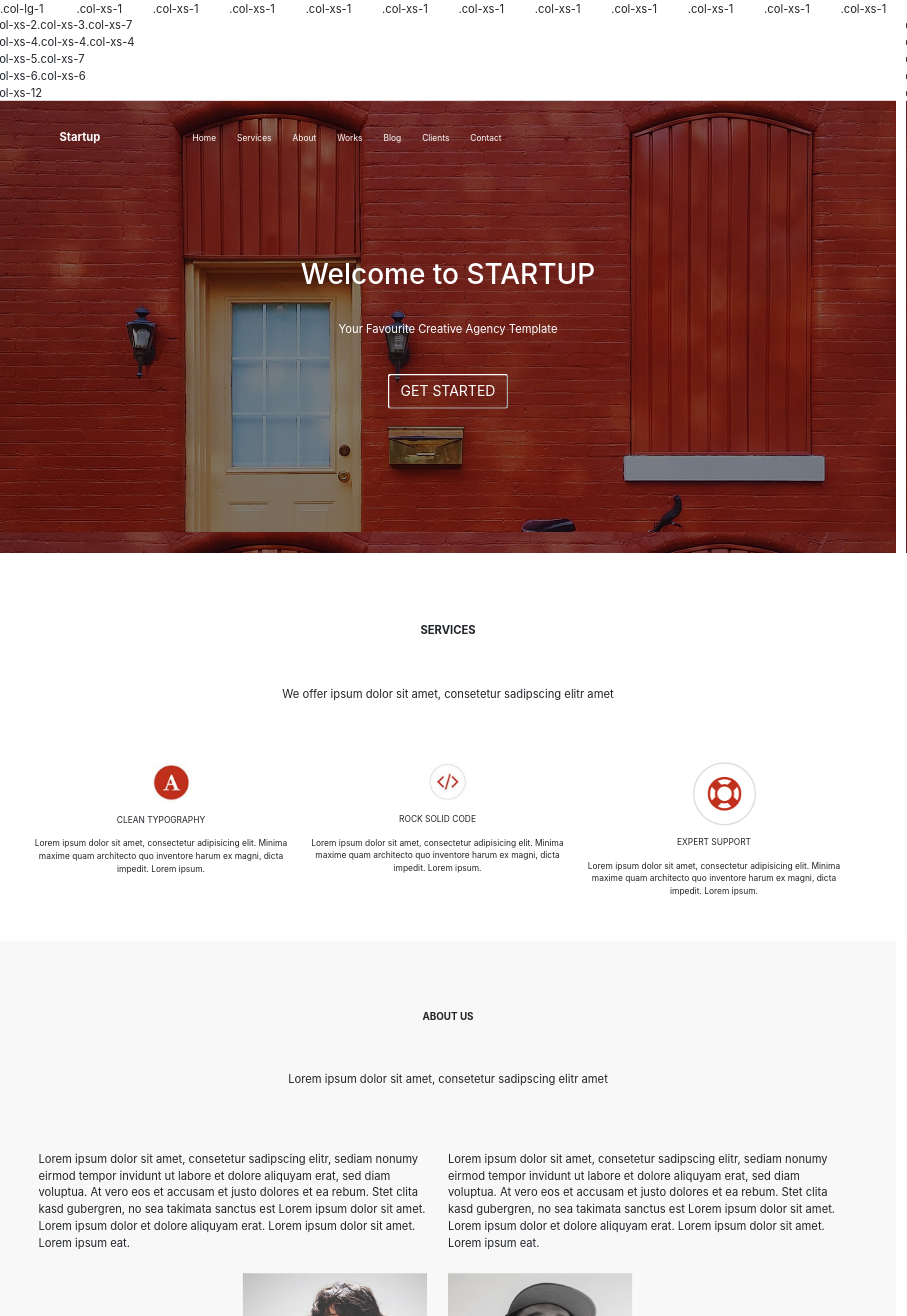
Repository: ivankovaa/HelloWorld
Page: lab5/index.html
The author's editor kept a record of every edit. The page is drawn from the files as they stood at one moment, then again after the next edit.
The browser window is 1280 px wide. The page is 1295 px wide, so the pictures cover 1295 px, including what lies to the right of the window. The pictures show the part of the page from y = 0 to 1880 px (the page is 3979 px tall before and 3835 px after), at 70% of full size.

Above is the page before.

After the next edit:
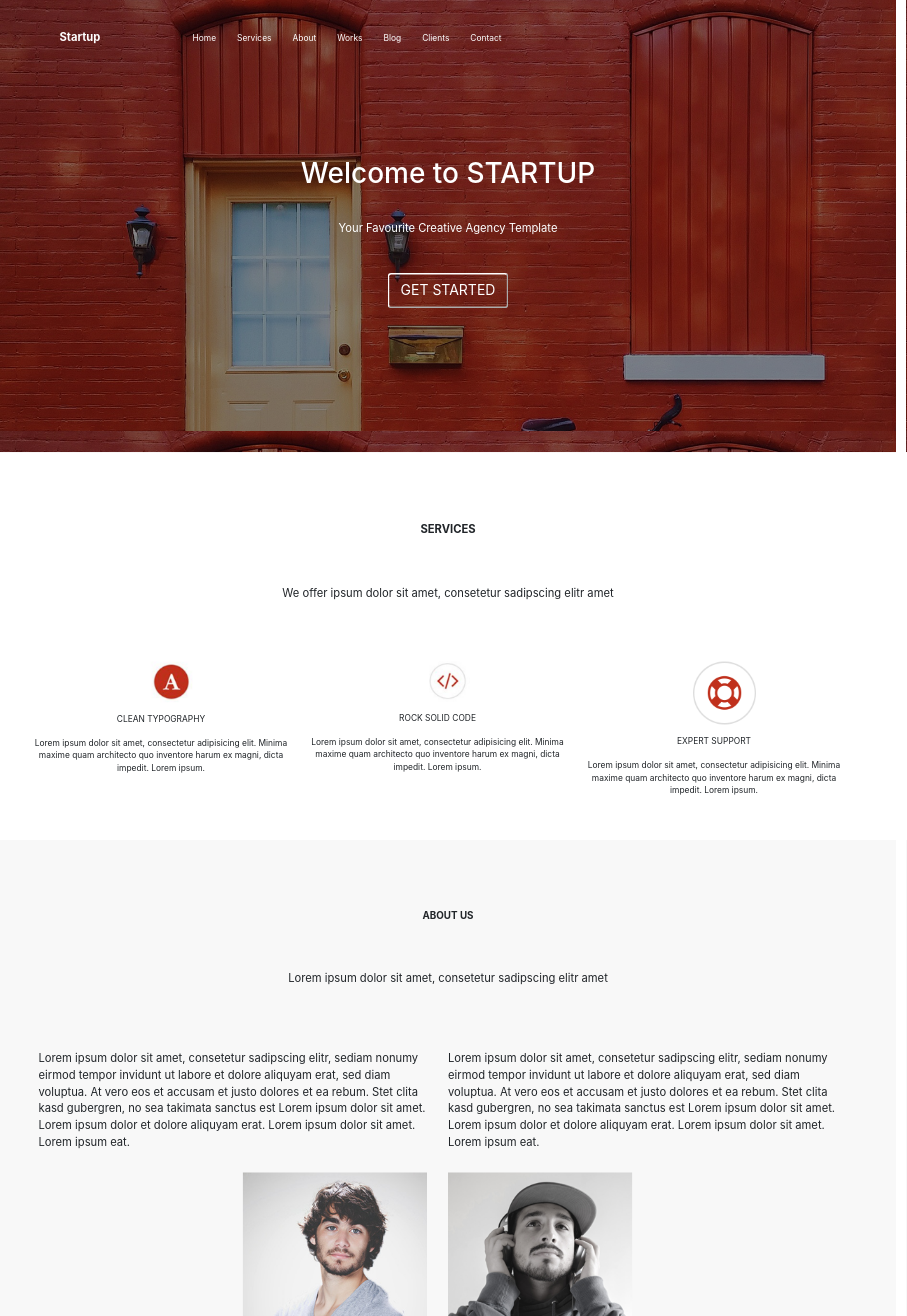
The edit:
--- a/lab5/index.html
+++ b/lab5/index.html
@@ -14,46 +14,6 @@
 
 </head>
 <body>
-        <div class="bs-example">
-	<!-- Bootstrap Grid -->
-	<div class="row">
-	  <div class="col-lg-1">.col-lg-1</div>
-	  <div class="col-lg-1">.col-xs-1</div>
-	  <div class="col-lg-1">.col-xs-1</div>
-	  <div class="col-lg-1">.col-xs-1</div>
-	  <div class="col-lg-1">.col-xs-1</div>
-	  <div class="col-lg-1">.col-xs-1</div>
-	  <div class="col-lg-1">.col-xs-1</div>
-	  <div class="col-lg-1">.col-xs-1</div>
-	  <div class="col-lg-1">.col-xs-1</div>
-	  <div class="col-lg-1">.col-xs-1</div>
-	  <div class="col-lg-1">.col-xs-1</div>
-	  <div class="col-lg-1">.col-xs-1</div>
-	</div>
-	<div class="row">
-	  <div class="col-xs-2">.col-xs-2</div>
-	  <div class="col-xs-3">.col-xs-3</div>
-	  <div class="col-xs-7">.col-xs-7</div>
-	</div>
-	<div class="row">
-	  <div class="col-xs-4">.col-xs-4</div>
-	  <div class="col-xs-4">.col-xs-4</div>
-	  <div class="col-xs-4">.col-xs-4</div>
-	</div>
-	<div class="row">
-	  <div class="col-xs-5">.col-xs-5</div>
-	  <div class="col-xs-7">.col-xs-7</div>
-	</div>
-	<div class="row">
-	  <div class="col-xs-6">.col-xs-6</div>
-	  <div class="col-xs-6">.col-xs-6</div>
-	</div>
-	<div class="row">
-	  <div class="col-xs-12">.col-xs-12</div>
-	</div>
-</div>
-
-
   <header class = "head">
     <div class = "container">
     <div class = "row">
